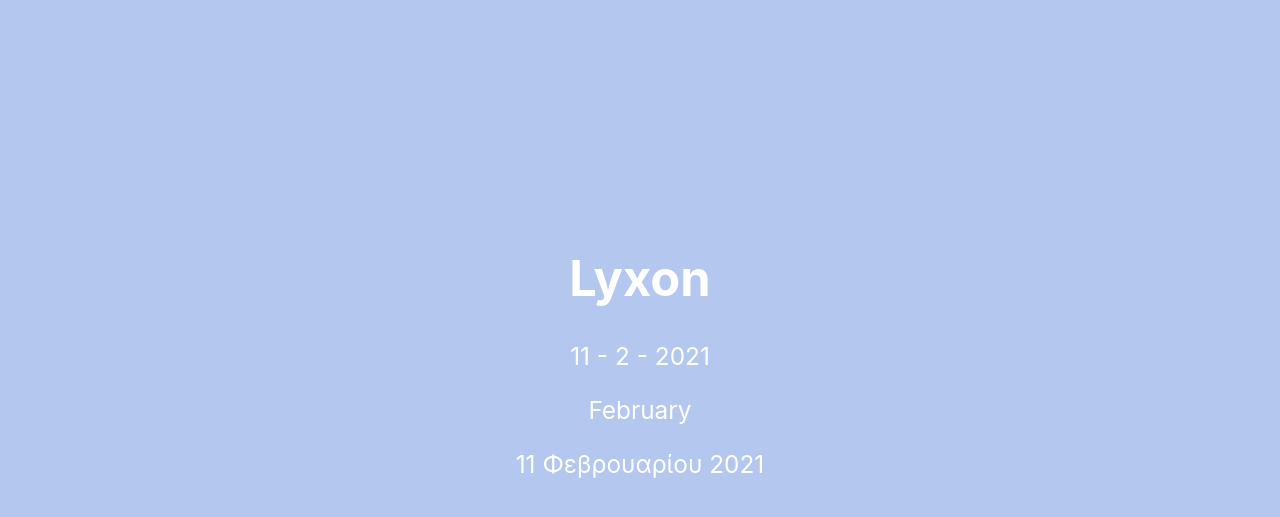
Repository: AdrianaLarsson/learning-react
Page: /
These files come from the project's save history. The page is drawn as it stood at one moment and after a run of saves; the edit follows.
The browser window is 1280 px wide. The pictures show the whole page.
The project was rebuilt for these pictures with package versions that can differ from the ones it lists, and the page was loaded fresh each time.

Above is the page before, as saved 2021-02-11 13:41:43.

### src/App.tsx
import React from 'react';
import './App.css';
import ForEach from './components/forEach'
import Functions from './components/functions'
import Objects from './components/objects'
import Ctrl from './components/ctrl'
import Filter from './components/filter'
import Arrays from './components/arrays'
import Reduce from './components/reduce'
import Lyxon from './components/lyxon/lyxonDate'


function App() {



  return (
    <div className="App">
      <header className="App-header">
      {/*   <ForEach/>

        <Objects/>
        <Ctrl/>
        <Filter/>
        <Arrays/>*/}
      {/*   //defaultProps
           <Functions/>
           <Functions title={"Jag"}/>
           */}
           <Lyxon/>
      </header>
    </div>
  );
}

export default App;

### src/App.css
.App {
  text-align: center;
}

.App-logo {
  height: 40vmin;
  pointer-events: none;
}

@media (prefers-reduced-motion: no-preference) {
  .App-logo {
    animation: App-logo-spin infinite 20s linear;
  }
}

.App-header {
  background-color: #b4c7ee;
  min-height: 100vh;
  display: flex;
  flex-direction: column;
  align-items: center;
  justify-content: center;
  font-size: calc(10px + 2vmin);
  color: white;
}

.App-link {
  color: #61dafb;
}

@keyframes App-logo-spin {
  from {
    transform: rotate(0deg);
  }
  to {
    transform: rotate(360deg);
  }
}

.btn {
  display: inline-block;
  background: #000000;
  color: #fff;
  border: none;
  padding: 10px 50px;
  margin: 5px;
  border-radius: 3px;
  cursor: pointer;
  text-decoration: none;
  font-size: 15px;
  font-family: Verdana, Geneva, Tahoma, sans-serif;
  text-align: center;
}

### src/components/lyxon/lyxonDate.tsx
import React from 'react'
import { DateTime } from "luxon";

function lyxonDate() {
const dayNumbersNow = DateTime.local().day
const dayMonthNow = DateTime.local().month
const dayYearNow = DateTime.local().year
const nameMonth = DateTime.local().monthLong
const test =DateTime.local()
.setLocale("el")
.toLocaleString(DateTime.DATE_FULL);

    return (
        <div>
            <h1>Lyxon
            </h1>
            <p>{dayNumbersNow} - {dayMonthNow} - {dayYearNow}</p>
            <p>{nameMonth}</p>
            <p>{test}</p>
        </div>
    )
}

export default lyxonDate

Loaded but not shown: public/index.html (common file); src/index.tsx (common file); src/index.css (common file); src/reportWebVitals.ts (common file)

After the next 2 saves:
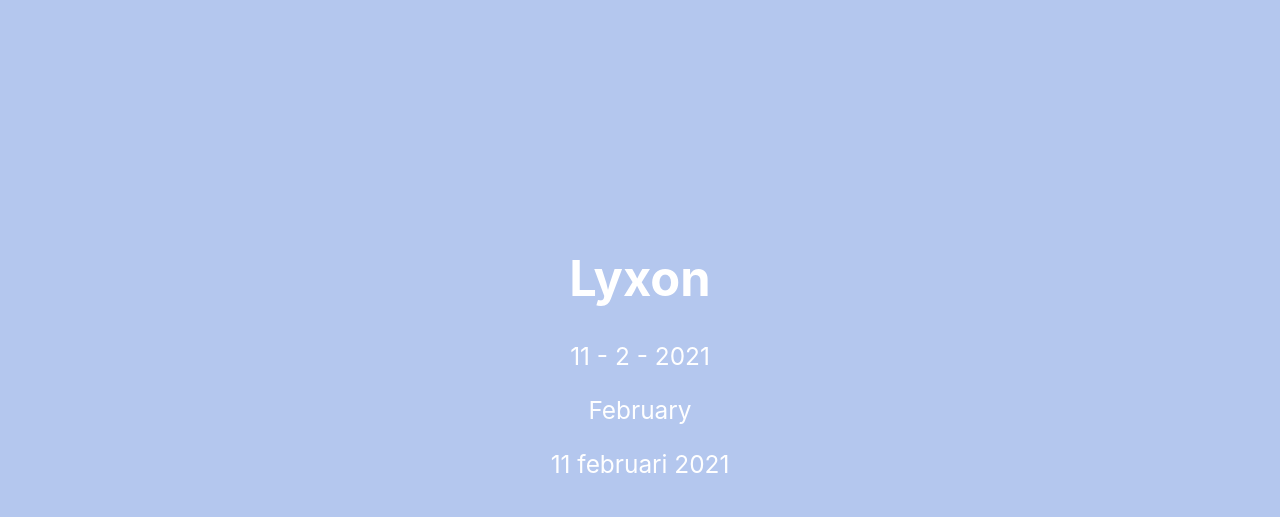
The 2 saves are shown as one change because they came seconds apart.
The last was saved 35 s later.
--- a/src/components/lyxon/lyxonDate.tsx
+++ b/src/components/lyxon/lyxonDate.tsx
@@ -7,7 +7,7 @@
 const dayYearNow = DateTime.local().year
 const nameMonth = DateTime.local().monthLong
 const test =DateTime.local()
-.setLocale("el")
+.setLocale("sv")
 .toLocaleString(DateTime.DATE_FULL);
 
     return (

After the 4 saves that followed:
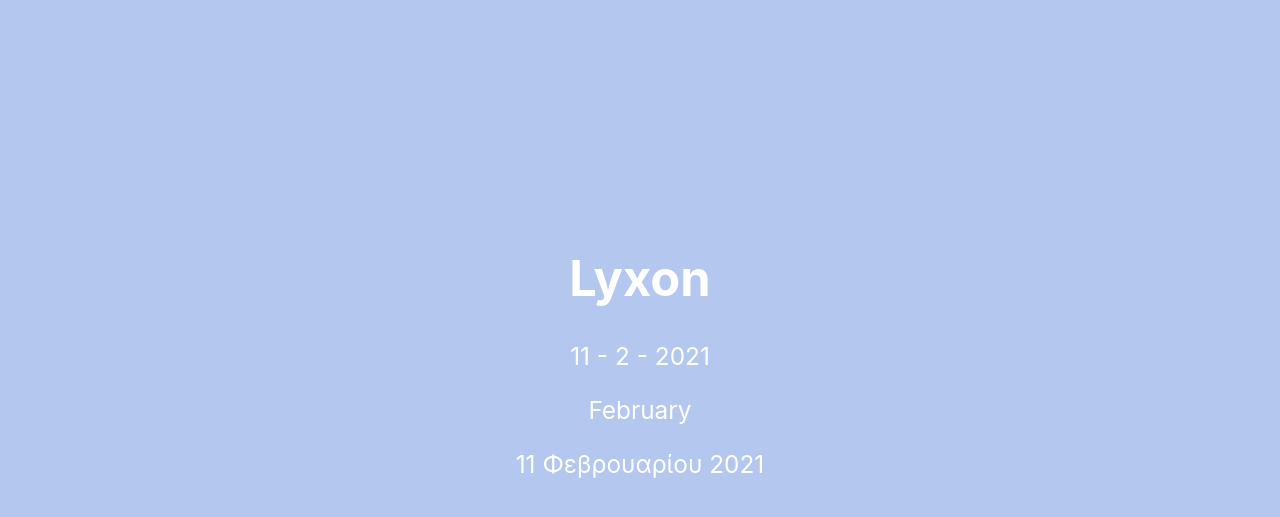
The 4 saves are shown as one change because they came seconds apart.
The last was saved 7 s later.
--- a/src/components/lyxon/lyxonDate.tsx
+++ b/src/components/lyxon/lyxonDate.tsx
@@ -7,7 +7,7 @@
 const dayYearNow = DateTime.local().year
 const nameMonth = DateTime.local().monthLong
 const test =DateTime.local()
-.setLocale("sv")
+.setLocale("ell")
 .toLocaleString(DateTime.DATE_FULL);
 
     return (
